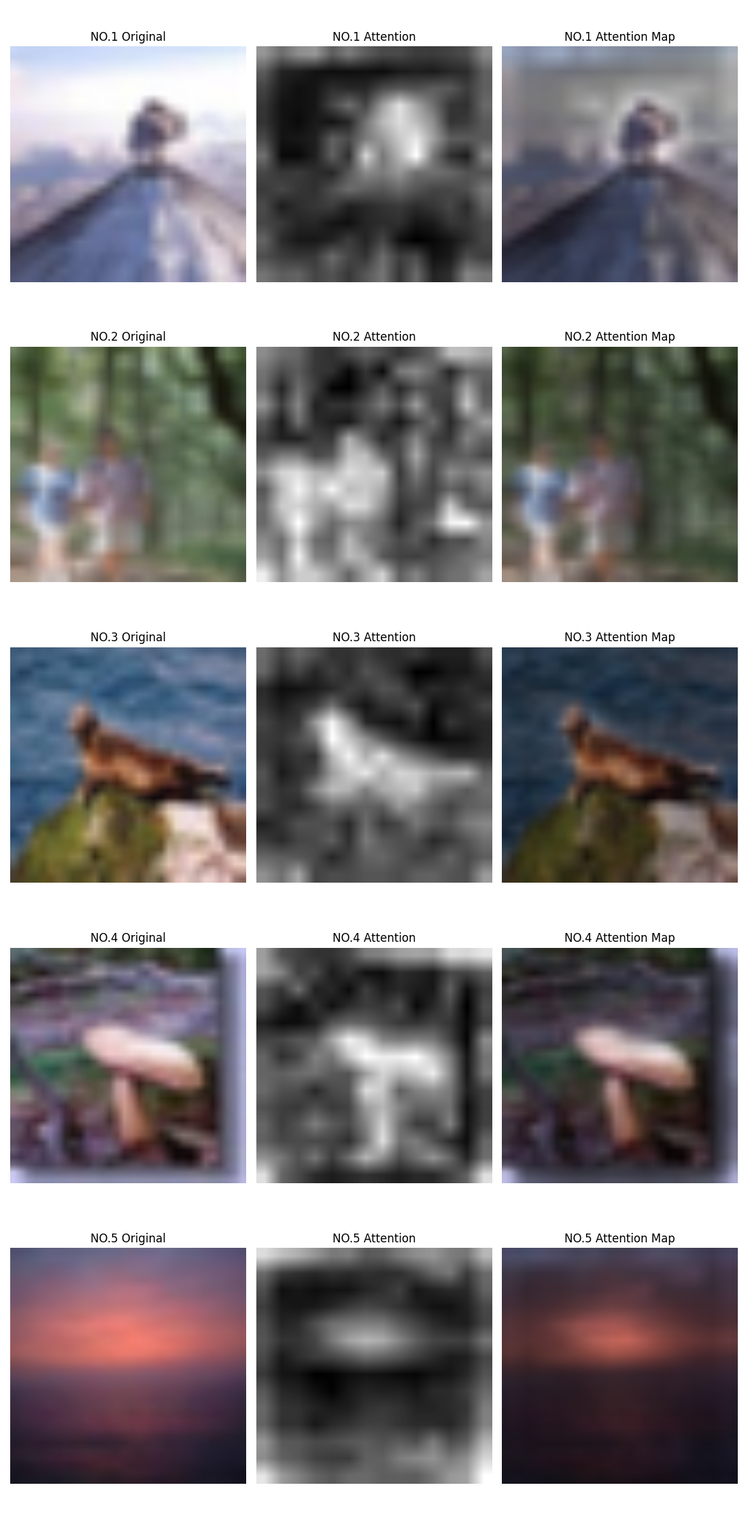
Repository: ginnux/vit
Script's output: python figure/visual.py
An editor plug-in stored every save of this project. The script's output is shown before and after the next save, followed by the edit.
The pictures are shown at 68% of full size.
Random numbers start from a fixed seed. It also reads figure/visualize.pkl.

Above is the script's output before, as saved 2024-06-24 22:35:35.

After the next save:
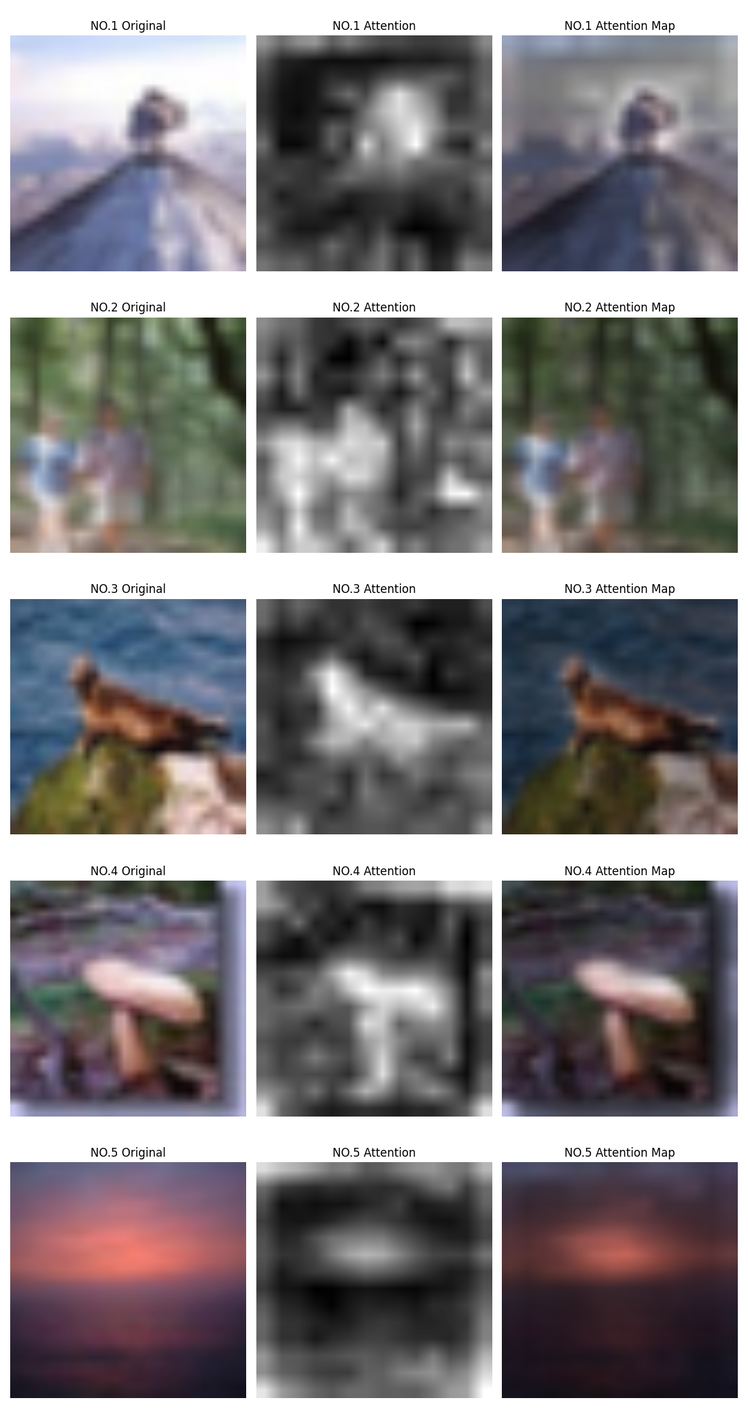
Saved 6 s later.
--- a/figure/visual.py
+++ b/figure/visual.py
@@ -13,7 +13,7 @@ plt.rcParams["font.size"] = 10
 plt.rcParams["font.family"] = "Times New Roman"
 num = len(im_list)
 
-plt.figure(figsize=(11, 4.5 * num))
+plt.figure(figsize=(11, 4.2 * num))
 
 for i in range(num):
     im = im_list[i]
